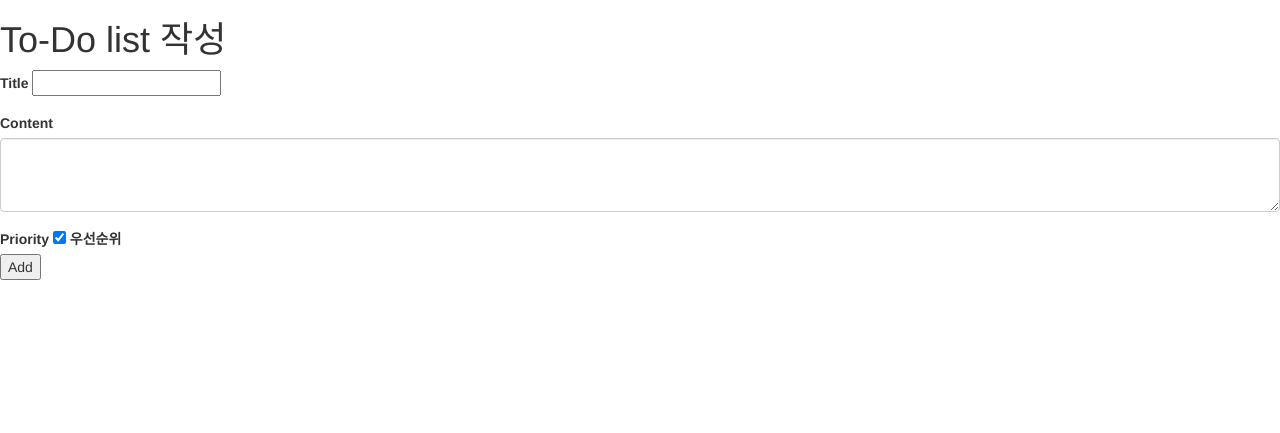
Repository: qudgns200/Toy_01_ToDoList
Page: http://localhost/ToDoList/jsp/writeForm.jsp
An editor plug-in stored every save of this project. The page is shown before and after the next save, followed by the edit.
The browser window is 1280 px wide. The pictures show the whole page.
The page is served by Tomcat 9. Nobody is signed in. The application's start-up code is not run. Other server files are loaded and not shown.

Above is the page before, as saved 2019-11-07 04:42:25.
Console error (its wording comes from the project's code and is left out).

### ToDoList/WebContent/jsp/writeForm.jsp
<%@ page language="java" contentType="text/html; charset=UTF-8"
	pageEncoding="UTF-8"%>
<!DOCTYPE html>
<html>
<head>
<meta charset="UTF-8">
<title>Insert title here</title>
<!--  Bootstrap -->
<link rel="stylesheet"
	href="https://maxcdn.bootstrapcdn.com/bootstrap/3.3.2/css/bootstrap.min.css">
<link rel="stylesheet"
	href="https://maxcdn.bootstrapcdn.com/bootstrap/3.3.2/css/bootstrap-theme.min.css">
<!--  --------- -->
</head>
<body>
	<h1>To-Do list 작성</h1>
	<form method="post" action="write.do">
		<div class="form-group">
			<label for="title">Title</label>
			<input type="text" name="title" id="title"/>
		</div>

		<div class="form-group">
			<label for="content">Content</label>
			<textarea class="form-control" rows="3"></textarea>
		</div>

		<label>Priority</label> <input type="checkbox" name="priority"
			id="priority" checked /> <label for="priority" id="laberP">우선순위</label>
		<br>

		<button type="submit">Add</button>

		<div class="spacer"></div>
	</form>

	<script
		src="https://maxcdn.bootstrapcdn.com/bootstrap/3.3.2/js/bootstrap.min.js"></script>
</body>
</html>

After the next save:
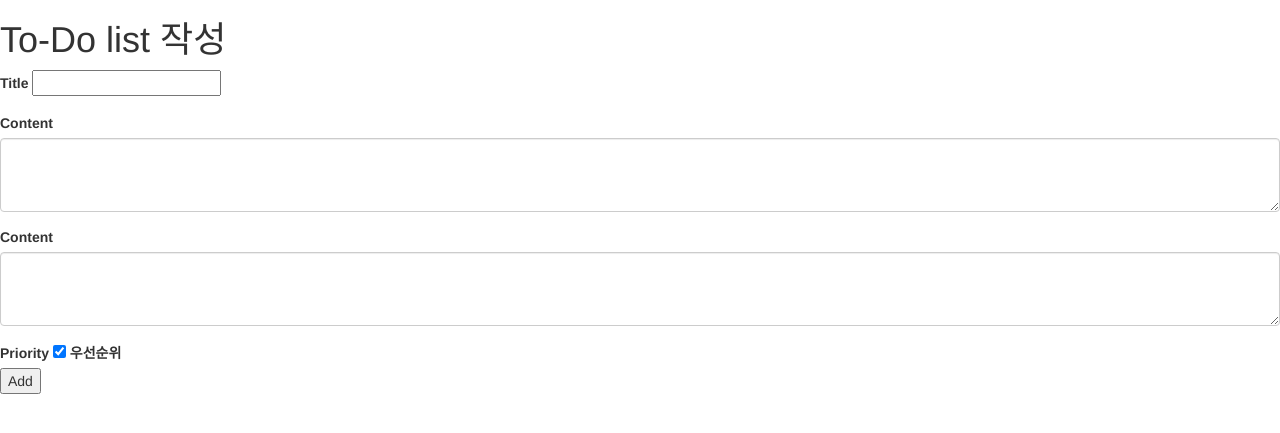
Saved 37 s later.
--- a/ToDoList/WebContent/jsp/writeForm.jsp
+++ b/ToDoList/WebContent/jsp/writeForm.jsp
@@ -25,6 +25,11 @@
 			<textarea class="form-control" rows="3"></textarea>
 		</div>
 
+		<div class="form-group">
+			<label for="content">Content</label>
+			<textarea class="form-control" rows="3"></textarea>
+		</div>
+
 		<label>Priority</label> <input type="checkbox" name="priority"
 			id="priority" checked /> <label for="priority" id="laberP">우선순위</label>
 		<br>
